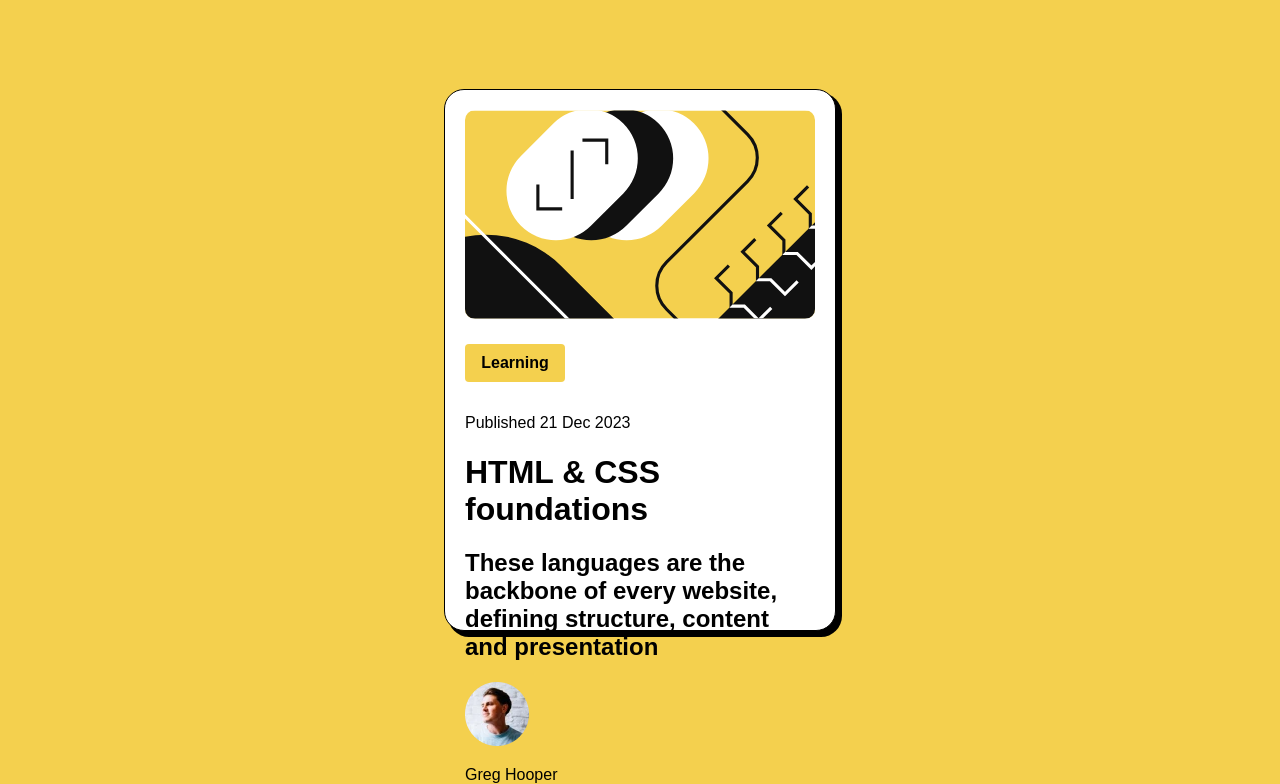
Repository: brandontaylor1/blogpreviewcard
Page: index.html
The author's editor kept a copy of each file at every save. The page is drawn from the files as they stood at one save, then again after a run of saves.
The browser window is 1280 px wide. The pictures show the whole page.

Above is the page before, as saved 2024-12-25 11:17:22.

### index.html
<!DOCTYPE html>
<html lang="en">
<head>
    <meta charset="UTF-8">
    <meta name="viewport" content="width=device-width, initial-scale=1.0">
    <link rel="stylesheet" href="./index.css">
    <title>HTML & CSS Foundations</title>
</head>
<body>
    <main class="container">
        <div class="img-container">
            <img src="./images/illustration-article.svg" class="heading-img" alt="">
        </div>
        <div class="card-content">
            <p id="learning-tag">Learning</p>
            <div class="card-content-text">
                <p>Published 21 Dec 2023</p>
                <h1>HTML & CSS foundations</h1>
                <h2>These languages are the backbone of every website, defining structure, content and presentation</h2>
            </div>
        </div>
        <div class="user-footer">
            <img src="./images/image-avatar.webp" alt="person-image">
            <p>Greg Hooper</p>
        </div>
    </main>

    <script src="index.js"></script>
</body>
</html>

### index.css
:root {
    /* COLORS */
    --primary-yellow: hsl(47, 88%, 63%);
    --primary-white: hsl(0, 0%, 100%);
    --primary-gray-reg: hsl(0, 0%, 42%);
    --primary-gray-bold: hsl(0, 0%, 7%);

    --main-font-size: 16px;

    --main-font-family: 'Figtree', sans-serif;
    --main-font-weight-reg: 500;
    --main-font-weight-bold: 800;
}


body {
    box-sizing: border-box;
    margin: 0;
    padding: 0;
    height: 100vh;
    font-family: var(--main-font-family);
    display: flex;
    align-items: center;
    justify-content: center;
    background-color: var(--primary-yellow);
}

.container {
    width: 350px;
    height: 500px;
    margin: 0 auto;
    padding: 0 20px;
    background-color: var(--primary-white);
    width: 350px;
    padding: 20px;
    border-radius: 20px;
    border: 1px solid black;
    box-shadow: 5px 5px 0 1px rgba(0, 0, 0, 1);
    transition: box-shadow 0.3s ease;
}

.container:hover {
    box-shadow: 0 0 0 0 rgba(0, 0, 0, 0.5);
}

.heading-img {
    width: 100%;
    margin-bottom: 5px;
    border-radius: 10px;
}

.card-content {
    width: 100%;
    display: flex;
    flex-direction: column;
    align-items: left;
    justify-content: left;
}

#learning-tag {
    background-color: var(--primary-yellow);
    padding: 10px;
    border-radius: 4px;
    font-weight: var(--main-font-weight-bold);
    width: 80px;
    text-align: center;

}

Loaded but not shown: index.js (no stored copy; drawn as an empty file)

After the next 2 saves:
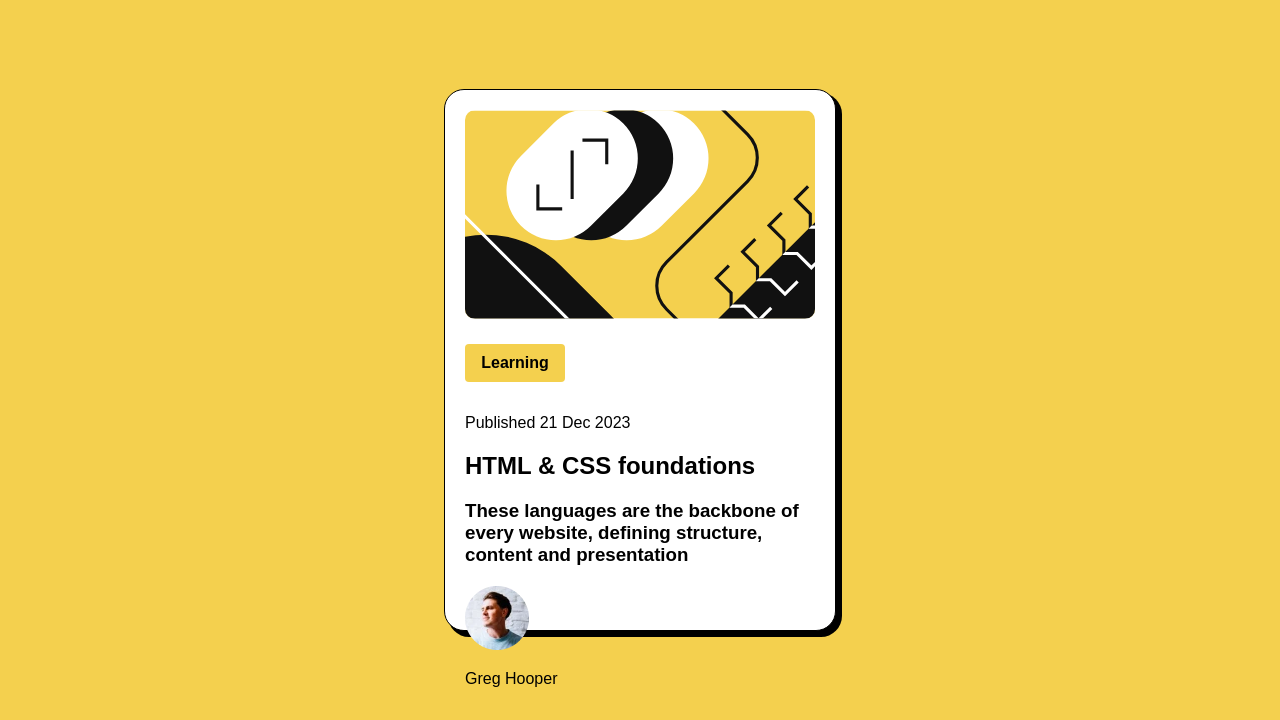
The 2 saves are shown as one change because they came seconds apart.
The last was saved 15 s later.
--- a/index.html
+++ b/index.html
@@ -15,8 +15,8 @@
             <p id="learning-tag">Learning</p>
             <div class="card-content-text">
                 <p>Published 21 Dec 2023</p>
-                <h1>HTML & CSS foundations</h1>
-                <h2>These languages are the backbone of every website, defining structure, content and presentation</h2>
+                <h2>HTML & CSS foundations</h2>
+                <h3>These languages are the backbone of every website, defining structure, content and presentation</h3>
             </div>
         </div>
         <div class="user-footer">
